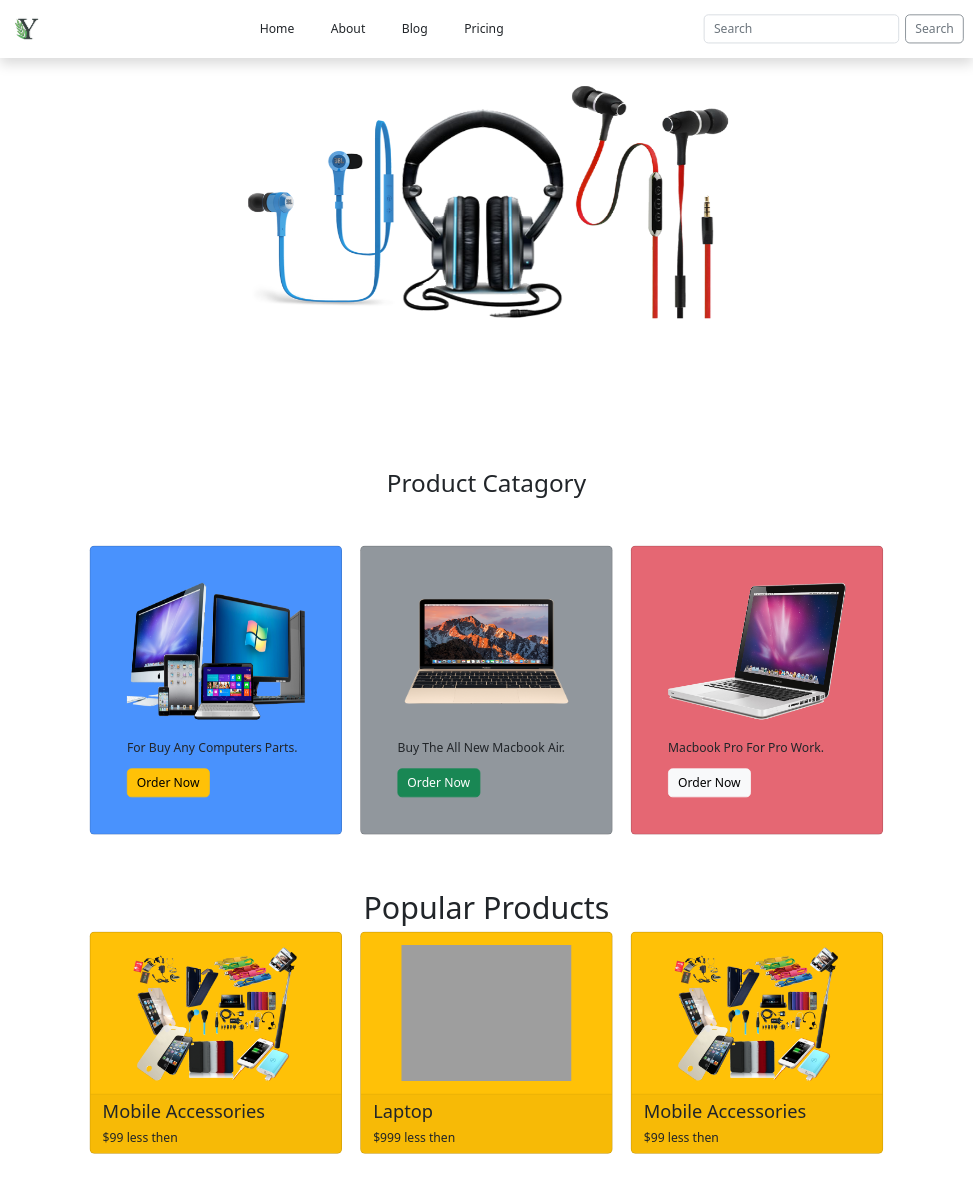
Repository: Mafuzurrahmanoli/E-Commerce-Website
Page: index.html
An editor plug-in stored every save of this project. The page is shown before and after the next save, followed by the edit.
The browser window is 1280 px wide. The pictures show the whole page, at 76% of full size.
Pictures or frames that could not be fetched are drawn as grey boxes.

Above is the page before, as saved 2023-09-16 12:11:25.

### index.html
<!DOCTYPE html>
<html lang="en">

<head>
  <title>E-Commerce Website</title>
  <!-- Required meta tags -->
  <meta charset="utf-8" />
  <meta name="viewport" content="width=device-width, initial-scale=1, shrink-to-fit=no" />

  <!-- Bootstrap CSS v5.2.1 -->
  <link href="https://cdn.jsdelivr.net/npm/bootstrap@5.2.1/dist/css/bootstrap.min.css" rel="stylesheet"
    integrity="sha384-iYQeCzEYFbKjA/T2uDLTpkwGzCiq6soy8tYaI1GyVh/UjpbCx/TYkiZhlZB6+fzT" crossorigin="anonymous" />
  <link rel="stylesheet" href="css/style.css" />
  <link rel="shortcut icon" href="img/favicon.png" type="image/x-icon">
</head>

<body>
  <header>
    <!-- place navbar here -->
    <nav class="navbar navbar-expand-lg navbar-light shadow">
      <div class="container-fluid">
        <a class="navbar-brand" href="#"" target=" _blank">
          <img src="img/logo.png" alt="logo" style="width: 50px;">
        </a>
        <button class="navbar-toggler" type="button" data-bs-toggle="collapse" data-bs-target="#navbarSupportedContent"
          aria-controls="navbarSupportedContent" aria-expanded="false" aria-label="Toggle navigation">
          <span class="navbar-toggler-icon"></span>
        </button>
        <div class="collapse navbar-collapse" id="navbarSupportedContent">
          <ul class="navbar-nav me-auto mb-2 mb-lg-0 mx-auto">
            <li class="nav-item mx-3">
              <a class="nav-link active text-dark" aria-current="page" href="#">Home</a>
            </li>
            <li class="nav-item mx-3">
              <a class="nav-link text-dark" href="#">About</a>
            </li>
            <li class="nav-item mx-3">
              <a class="nav-link text-dark" href="#">Blog</a>
            </li>
            <li class="nav-item mx-3">
              <a class="nav-link text-dark" href="#">Pricing</a>
            </li>
          </ul>
          <form class="d-flex" role="search">
            <input class="form-control me-2" type="search" placeholder="Search" aria-label="Search">
            <button class="btn btn-outline-secondary" type="submit">Search</button>
          </form>
        </div>
      </div>
    </nav>
    <!-- Navbar end here -->
    <!-- Slider Start -->
    <div class="container">
      <div class="row">
        <div class=" col-md-11 mx-auto mt-4">
          <div id="carouselExampleIndicators" class="carousel slide" style="height: 500px; width: 80%; margin: auto;;">
            <div class="carousel-indicators" style="background-color: transparent;">
              <button type="button" data-bs-target="#carouselExampleIndicators" data-bs-slide-to="0" class="active"
                aria-current="true" aria-label="Slide 1"></button>
              <button type="button" data-bs-target="#carouselExampleIndicators" data-bs-slide-to="1"
                aria-label="Slide 2"></button>
              <button type="button" data-bs-target="#carouselExampleIndicators" data-bs-slide-to="2"
                aria-label="Slide 3"></button>
            </div>
            <div class="carousel-inner">
              <div class="carousel-item active">
                <img src="img/headphone.png" class="d-block w-100" alt="headphone">
              </div>
              <div class="carousel-item">
                <img src="img/macbook pro.png" class="d-block w-100" alt="macbook">
              </div>
              <div class="carousel-item">
                <img src="img/computer.png" class="d-block w-100" alt="computer">
              </div>
            </div>
            <button class="carousel-control-prev" type="button" data-bs-target="#carouselExampleIndicators"
              data-bs-slide="prev">
              <span class="carousel-control-prev-icon" aria-hidden="true" style="background-color: transparent;"></span>
              <span class="visually-hidden">Previous</span>
            </button>
            <button class="carousel-control-next" type="button" data-bs-target="#carouselExampleIndicators"
              data-bs-slide="next">
              <span class="carousel-control-next-icon" aria-hidden="true" style="background-color: transparent;"></span>
              <span class="visually-hidden">Next</span>
            </button>
          </div>
        </div>
      </div>
    </div>
    <!-- Slider End -->
  </header>
  <main>
    <!-- Product catagory section start -->
    <div class="container">
      <h2 class="text-center text-capitalize p-3">product catagory</h2>
      <div class="row justify-content-between m-4 row-cols-1 row-cols-md-2 row-cols-lg-3 g-4">
        <div class="col">
          <div class="card bg-primary bg-opacity-75">
            <div class="card-body p-5">
              <img src="img/computer.png" alt="computer" class="w-100">
              <p class="text-capitalize mt-4">For buy any computers parts.</p>
              <a href="#" target="_blank" class="btn btn-warning text-capitalize">order now</a>
            </div>
          </div>
        </div>
        <div class="col">
          <div class="card bg-secondary bg-opacity-75">
            <div class="card-body p-5">
              <img src="img/macbook air.png" alt="macbook air" class="w-100">
              <p class="text-capitalize mt-4">buy the all new macbook air.</p>
              <a href="#" target="_blank" class="btn btn-success text-capitalize">order now</a>
            </div>
          </div>
        </div>
        <div class="col">
          <div class="card bg-danger bg-opacity-75">
            <div class="card-body p-5">
              <img src="img/macbook pro.png" alt="macbook pro" class="w-100">
              <p class="text-capitalize mt-4">macbook pro for pro work.</p>
              <a href="#" target="_blank" class="btn btn-light text-capitalize">order now</a>
            </div>
          </div>
        </div>
      </div>
    </div>
    <!-- Product catagory section end -->
    <!-- Popular product section start -->
    <div class="container p-5">
      <h1 class="text-center text-capitalize">popular products</h1>
      <div class="row row-cols-1 row-cols-md-2 row-cols-lg-3">
        <div class="col">
          <div class="card bg-warning">
            <div class="card-body d-flex">
              <img class="w-75 mx-auto" src="img/Mobile.png" alt="">
            </div>
            <div class="card-footer">
              <h4 class="text-capitalize">Mobile accessories</h4>
              <span>$99 less then</span>
            </div>
          </div>
        </div>
        <div class="col">
          <div class="card bg-warning">
            <div class="card-body d-flex">
              <img class="w-75 mx-auto" src="img/" alt="">
            </div>
            <div class="card-footer">
              <h4 class="text-capitalize">laptop</h4>
              <span>$999 less then</span>
            </div>
          </div>
        </div>
        <div class="col">
          <div class="card bg-warning">
            <div class="card-body d-flex">
              <img class="w-75 mx-auto" src="img/Mobile.png" alt="">
            </div>
            <div class="card-footer">
              <h4 class="text-capitalize">Mobile accessories</h4>
              <span>$99 less then</span>
            </div>
          </div>
        </div>
      </div>
    </div>
    <!-- Popular product section end -->
  </main>
  <footer>
    <!-- place footer here -->
  </footer>
  <!-- Bootstrap JavaScript Libraries -->
  <script src="https://cdn.jsdelivr.net/npm/@popperjs/core@2.11.6/dist/umd/popper.min.js"
    integrity="sha384-oBqDVmMz9ATKxIep9tiCxS/Z9fNfEXiDAYTujMAeBAsjFuCZSmKbSSUnQlmh/jp3"
    crossorigin="anonymous"></script>

  <script src="https://cdn.jsdelivr.net/npm/bootstrap@5.2.1/dist/js/bootstrap.min.js"
    integrity="sha384-7VPbUDkoPSGFnVtYi0QogXtr74QeVeeIs99Qfg5YCF+TidwNdjvaKZX19NZ/e6oz"
    crossorigin="anonymous"></script>
</body>

</html>

### css/style.css
* {
    margin: 0;
    padding: 0;
    outline: 0;
}

.carousel-inner img {
    height: 50vh;
}
.card-body img{
    height: 25vh;
}

After the next save:
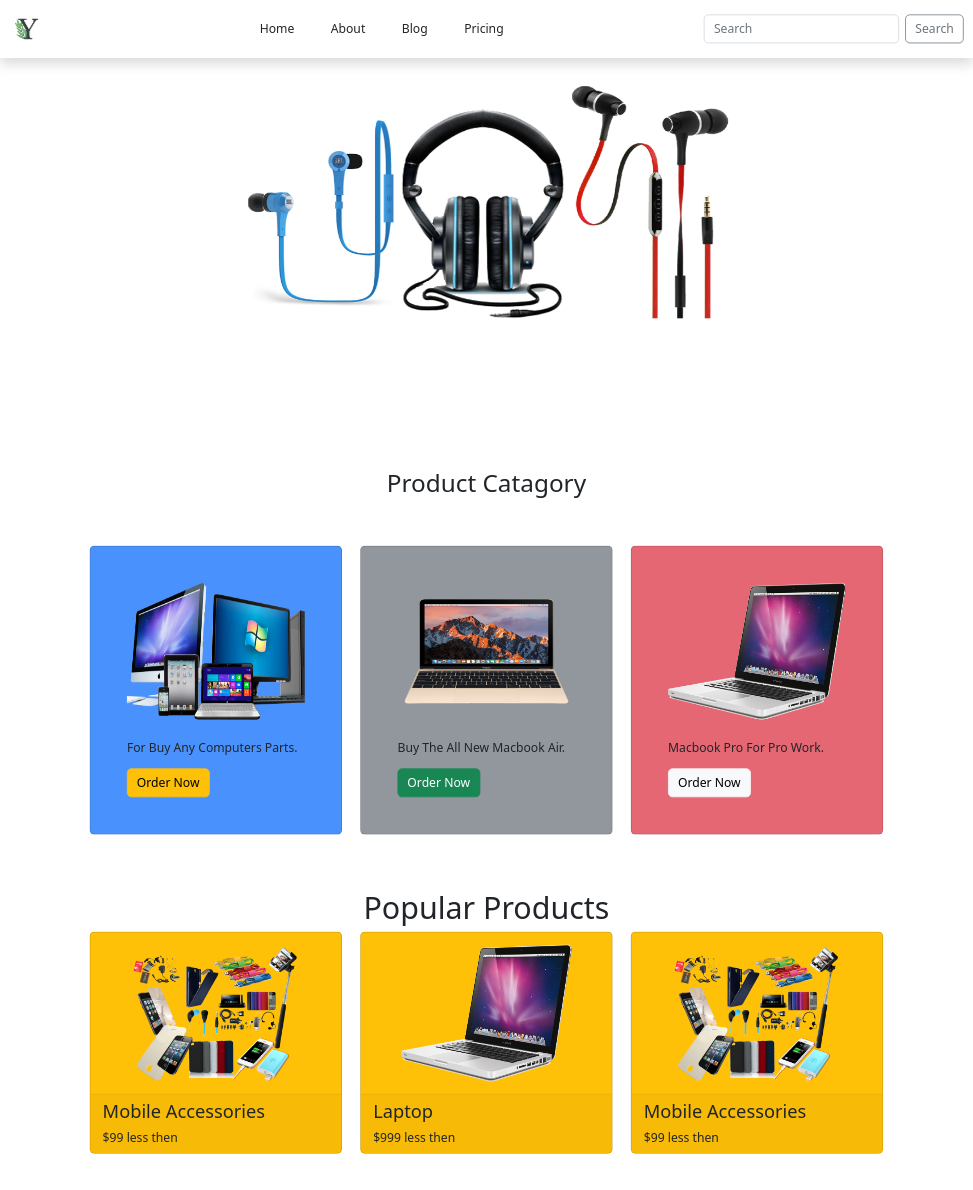
Saved 4 s later.
--- a/index.html
+++ b/index.html
@@ -142,7 +142,7 @@
         <div class="col">
           <div class="card bg-warning">
             <div class="card-body d-flex">
-              <img class="w-75 mx-auto" src="img/" alt="">
+              <img class="w-75 mx-auto" src="img/macbook pro.png" alt="">
             </div>
             <div class="card-footer">
               <h4 class="text-capitalize">laptop</h4>
